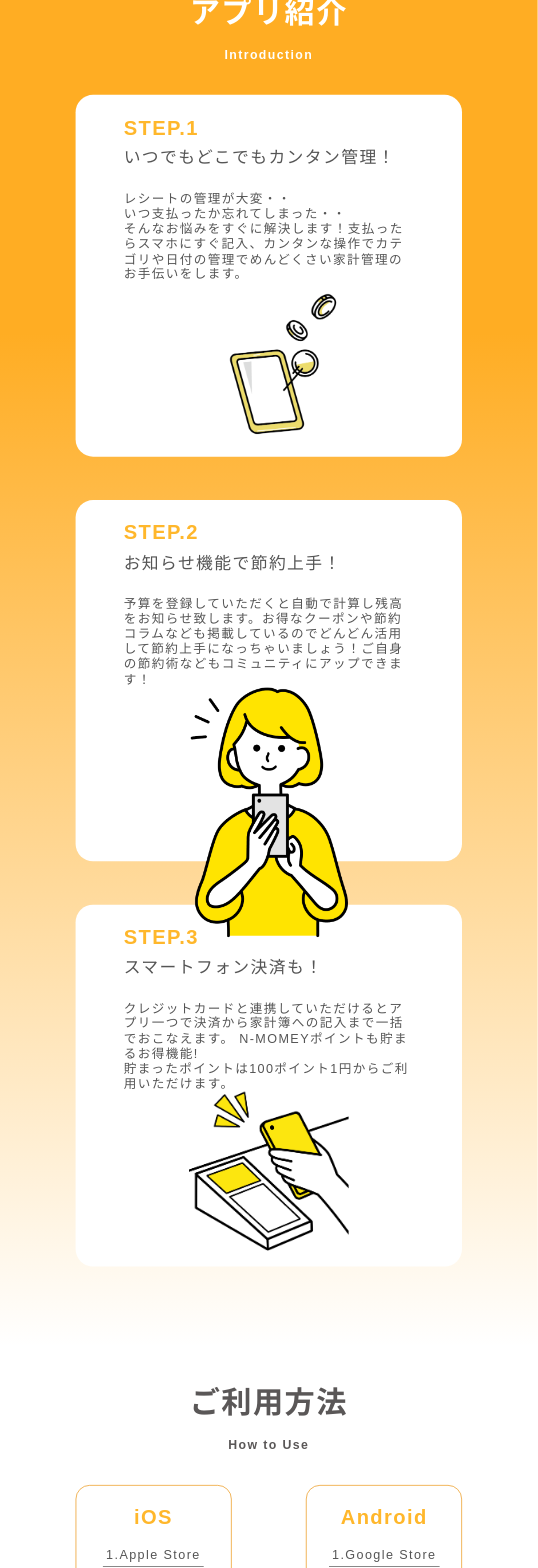
Repository: nozomi-23/lp2_test
Page: index.html
These files come from the project's save history. The page is drawn as it stood at one moment and after a run of saves; the edit follows.
The browser window is 768 px wide. The pictures show the part of the page from y = 859 to 3099 px (the page is 6253 px tall), at 70% of full size.
Some web fonts or font styles are not loaded; a fallback is used.

Above is the page before, as saved 2022-06-19 14:57:43.

After the next 2 saves:
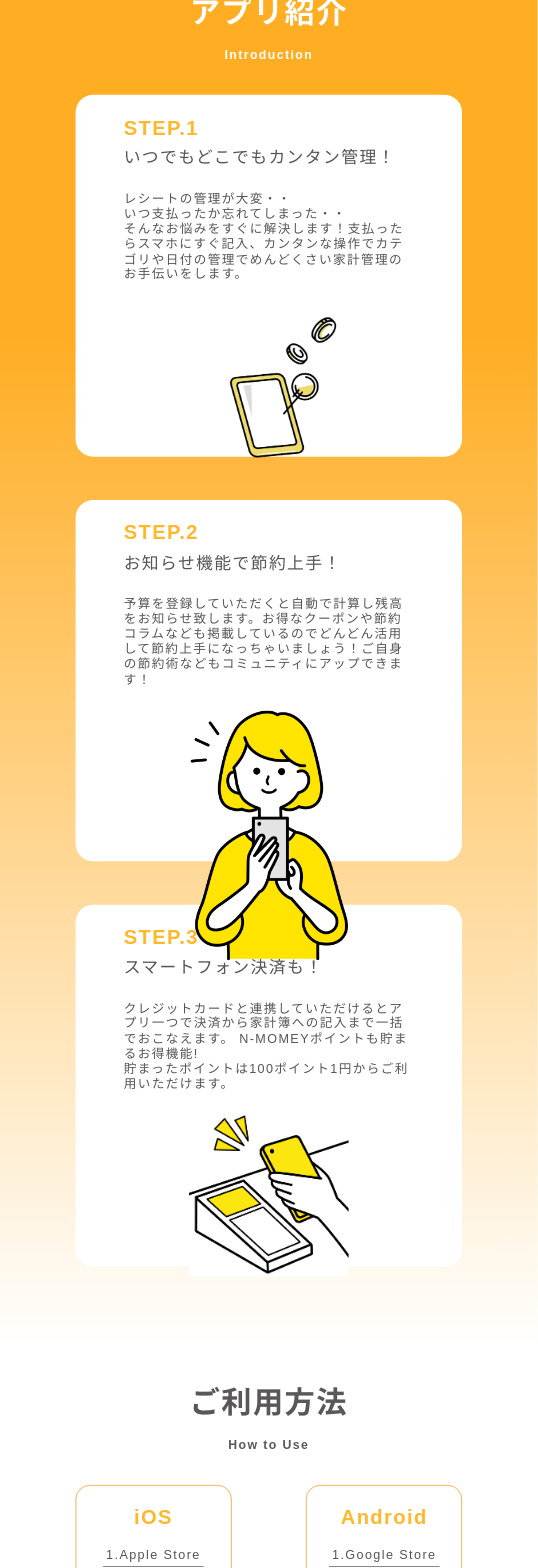
The 2 saves are shown as one change because they came seconds apart.
The last was saved 7 s later.
--- a/css/common.css
+++ b/css/common.css
@@ -395,7 +395,7 @@
   margin: 0 auto;
   }
   .intro_wrapper_left p{
-    mgb: 8%;
+    margin-bottom: 8%;
   }
   .intro_wrapper_right {
     width: 75%;
